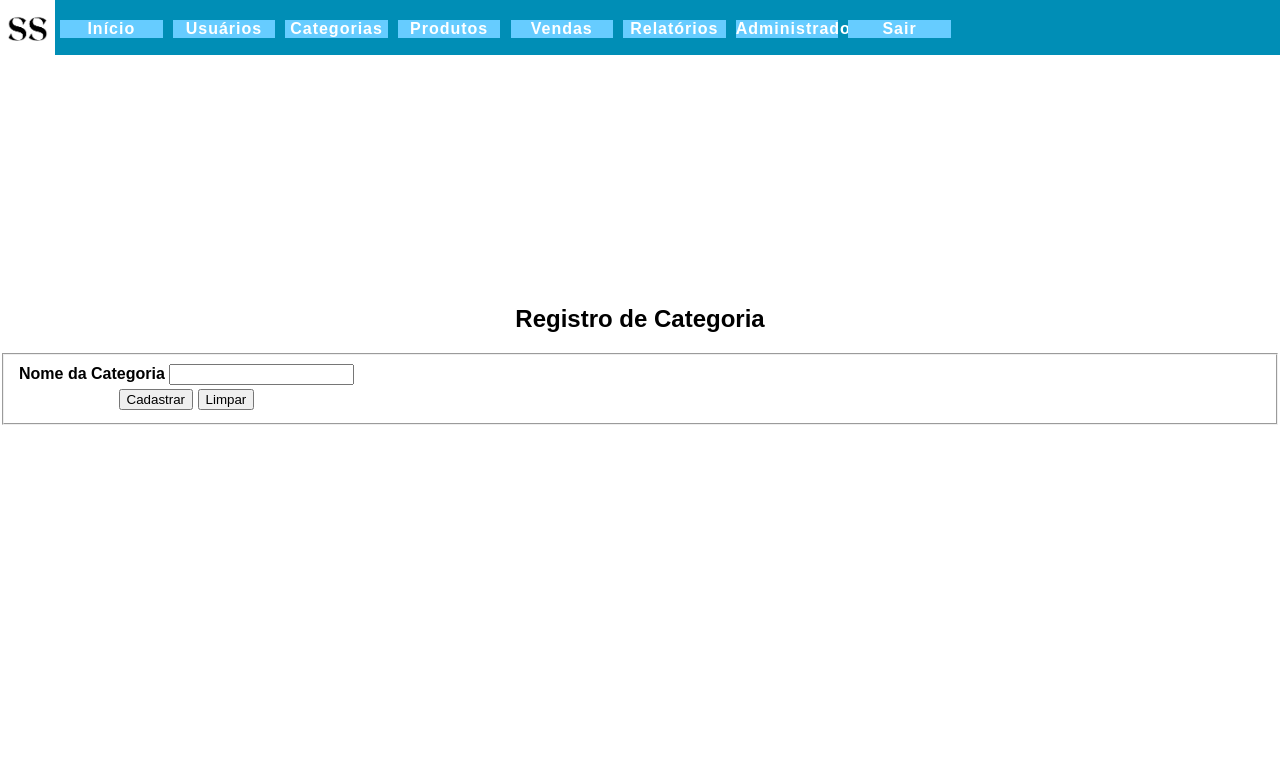
Repository: FaculdadeSenaiJoinville/PiMichelBaade
Page: ProjetoIndividual/WebContent/pages/admin/adminCategorias.html
An editor plug-in stored every save of this project. The page is shown before and after the next save, followed by the edit.
The browser window is 1280 px wide. The pictures show the whole page.

Above is the page before, as saved 2021-08-18 00:34:36.

### ProjetoIndividual/WebContent/pages/admin/adminCategorias.html
<!DOCTYPE html>
<html>
<head>
<meta charset="UTF-8">
	<meta name="description" content="Site da Software dos Sonhos">
	<meta name="keywords" content="Padaria, Software, Sonhos">
	<meta name="author" content="Michel Baade">
	<meta name="viewport" content="width=device-width, initial-scale=1.0">
<title>Software dos Sonhos</title>
<link rel="stylesheet" type="text/css" href="../../css/admin.css">
<script src="https://code.jquery.com/jquery-3.6.0.min.js" integrity="sha256-/xUj+3OJU5yExlq6GSYGSHk7tPXikynS7ogEvDej/m4=" crossorigin="anonymous"></script>
<script src="../../js/admin.js"></script>
</head>
<body>
	<header></header>

<section>

<h2>Registro de Categoria</h2>

		<form name="frmAddCategoria" id="addCategoria" class="frmInserir">
			<fieldset>
				<table>

					<tr>

						<th>Nome da Categoria</th>
						<td><input type="text" name="nome"></td>

					</tr>
					<tr>
						<td colspan="2">
							<button type="button">Cadastrar</button>
							<button type="reset">Limpar</button>
						</td>
					</tr>
				</table>
			</fieldset>
		</form>

	</section>


</body>
</html>

### ProjetoIndividual/WebContent/css/admin.css
@charset "UTF-8";

body{
	margin: 0 auto;
	font-family: "Century Gothic", sans-serif;
}

header{
	height: 55px;
	background-color: #008eb6;
	position: sticky;
	position: -webkit -sticky;
	top: 0px;
}

header img{
	float: left;
	height: 55px;
	width: 55px;
}

nav{
	clear: both;
	width: 80%;
	height: 100%;
	display: inline-block;
	margin: 20px auto;
}

nav a{
	color: white;
	font-weight: bold;
	letter-spacing: 1px;
	text-decoration: none;
	text-align: center;
}

nav .opcao{
	float: left;
	width: 10%;
	background-color: #66ccff;
	margin: 0 0.5%;
	font-size: 16px;
}

nav .opcao:hover{
	background-color: #83afd3;
}

.dropdown{
	position: relative;
	display: inline-block;
}

.dropdown-content{
	display: none;
	position: absolute;
	background-color: #66ccff;
	z-index: 1;
	width: 100%;
}

.dropdown-content a{
	display: block;
}


.dropdown-content a:hover{
	background-color: 83afd3;
}

.dropdown:hover .dropdown-content{
	display: block;
}

section{
	clear: both;
	min-height: 460px;
	width: 100%;
	margin-top: 250px;
	text-align: center;

}

section img{
	border:4px solid #000;
}

### ProjetoIndividual/WebContent/js/admin.js
SONHOS = new Object();

$(document).ready(function() {

	$("header").load("/ProjetoIndividual/pages/admin/general/header.html");




});

### ProjetoIndividual/WebContent/pages/admin/general/header.html
<img src="../../imgs/logomenor.png" alt="Logo da Software dos Sonhos" id="logomenor">
<nav>
<a href="#"><div class="opcao">Início</div></a>
<a href="#"><div class="opcao">Usuários</div></a>
<a href="#"><div class="opcao">Categorias</div></a>
<a href="#"><div class="opcao">Produtos</div></a>
<a href="#"><div class="opcao">Vendas</div></a>
	<div class="opcao dropdown">
		<a href="#">
			<div class="dropbtn">Relatórios</div>
		</a>
		<div class="dropdown-content">
			<a href="#">Faturamentos</a>
			<a href="#">Vendas</a>
		</div>
	</div>
<a href="#"><div class="opcao">Administrador</div></a>
<a href="#"><div class="opcao">Sair</div></a>
</nav>

After the next save:
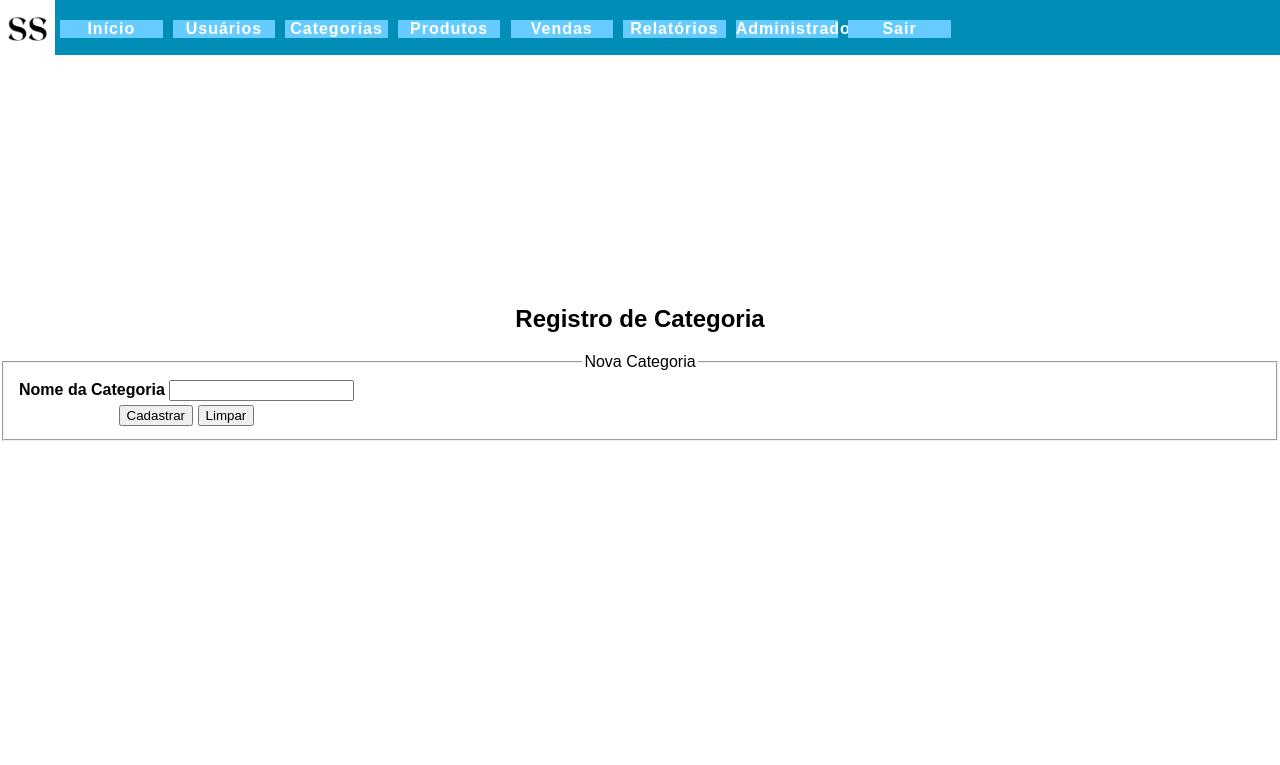
Saved 21 s later.
--- a/ProjetoIndividual/WebContent/pages/admin/adminCategorias.html
+++ b/ProjetoIndividual/WebContent/pages/admin/adminCategorias.html
@@ -20,6 +20,7 @@
 
 		<form name="frmAddCategoria" id="addCategoria" class="frmInserir">
 			<fieldset>
+			<legend>Nova Categoria</legend>
 				<table>
 
 					<tr>
